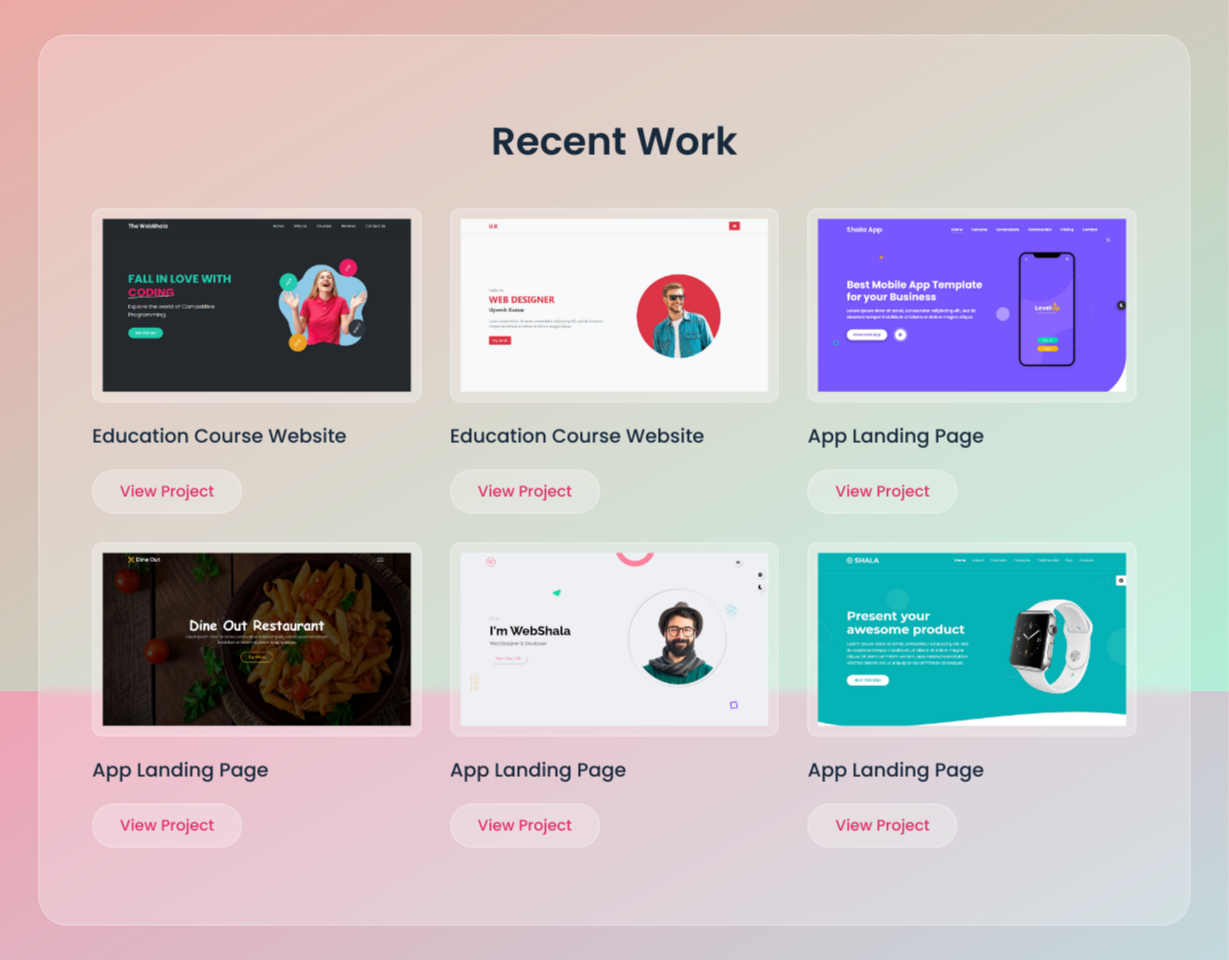
Repository: dewaary/Glassmorp-me
Page: index.html
These files come from the project's save history. The page is drawn as it stood at one moment and after the next save; the edit follows.
The browser window is 1280 px wide. The pictures show the whole page, at 96% of full size.
Backgrounds fixed to the window are drawn as part of the page.

Above is the page before, as saved 2021-05-26 10:16:16.

After the next save:
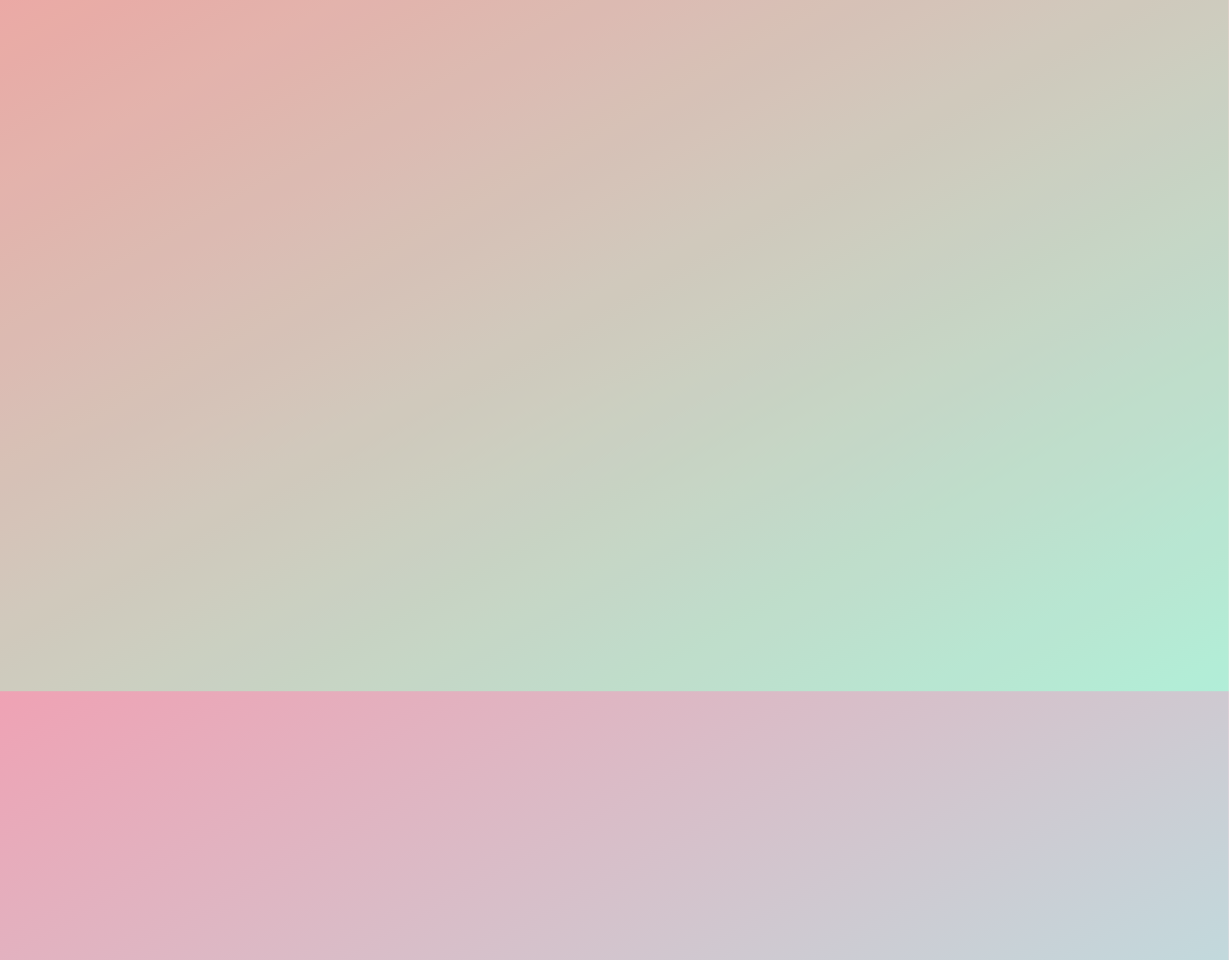
Saved 79 s later.
--- a/index.html
+++ b/index.html
@@ -11,7 +11,7 @@
 </head>
 
 <body>
-    <div class="main">
+    <div class="main fade-out">
         <section class="home-section align-items-center hidden">
             <div class="container">
                 <div class="row align-items-center">

After the save that followed:
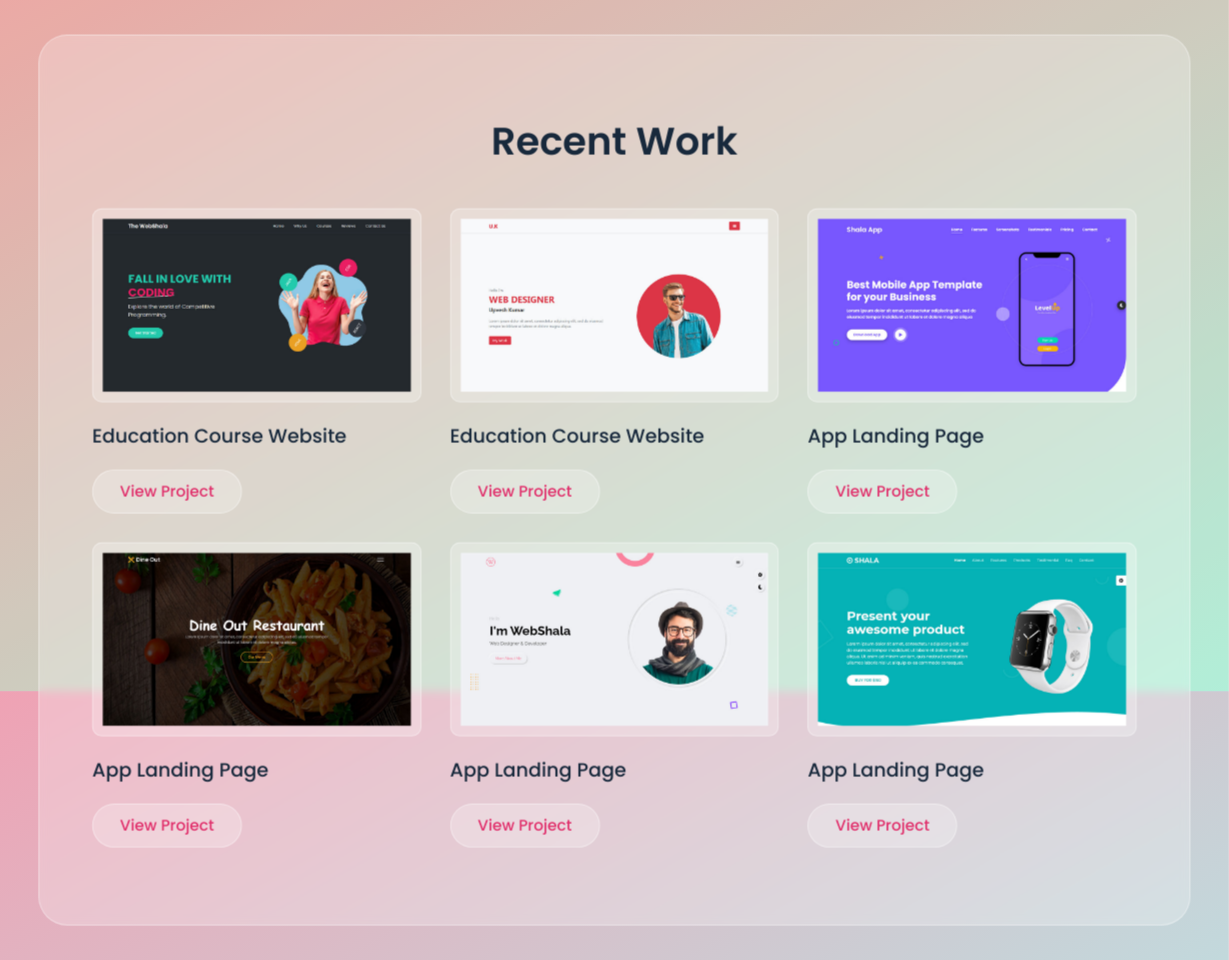
Saved 11 s later.
--- a/index.html
+++ b/index.html
@@ -11,7 +11,7 @@
 </head>
 
 <body>
-    <div class="main fade-out">
+    <div class="main">
         <section class="home-section align-items-center hidden">
             <div class="container">
                 <div class="row align-items-center">
